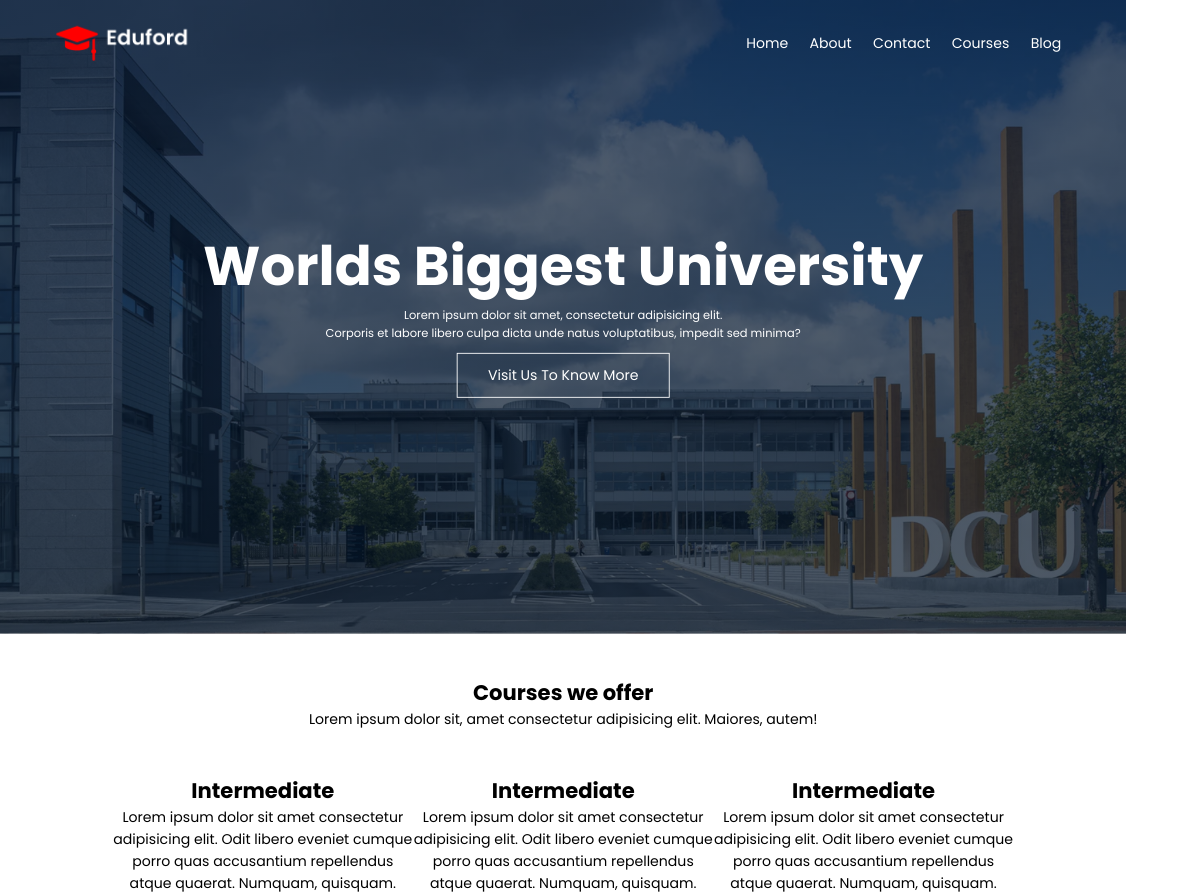
Repository: yashrajverma/Practise
Page: index.html
These files come from the project's save history. The page is drawn as it stood at one moment and after the next save; the edit follows.
The browser window is 1280 px wide. The page is 1280 px wide, then 1365 px, so the pictures cover 1365 px, including what lies to the right of the window. The pictures show the whole page, at 88% of full size.

Above is the page before, as saved 2021-04-27 12:02:25.

After the next save:
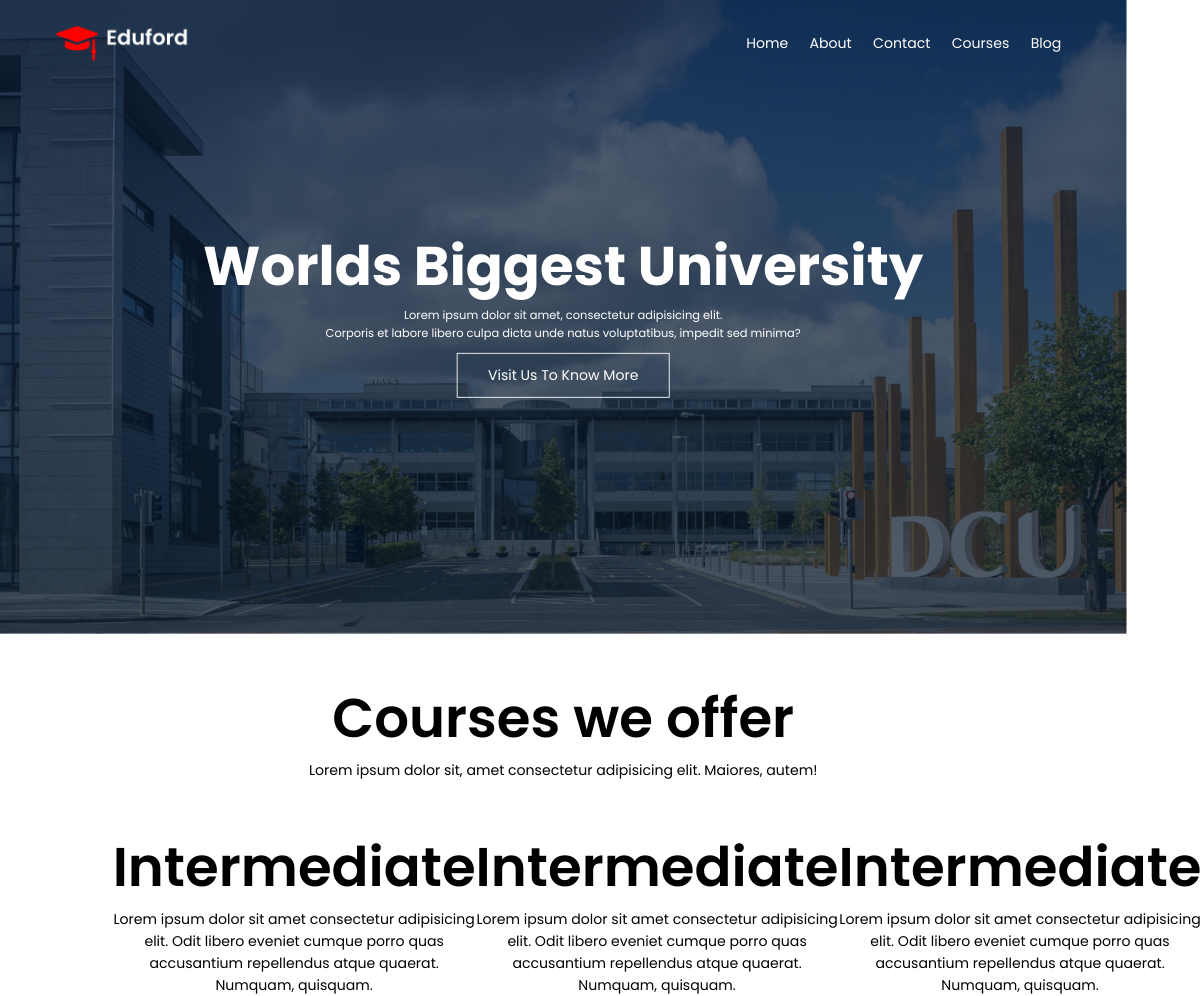
Saved 42 s later.
--- a/style.css
+++ b/style.css
@@ -119,6 +119,10 @@
     margin-top: 50px;
     width: 80%;
 }
+.course h1{
+    font-size: 62px;
+    font-weight: 600;
+}
 
 .row{
     margin-top: 5%;
